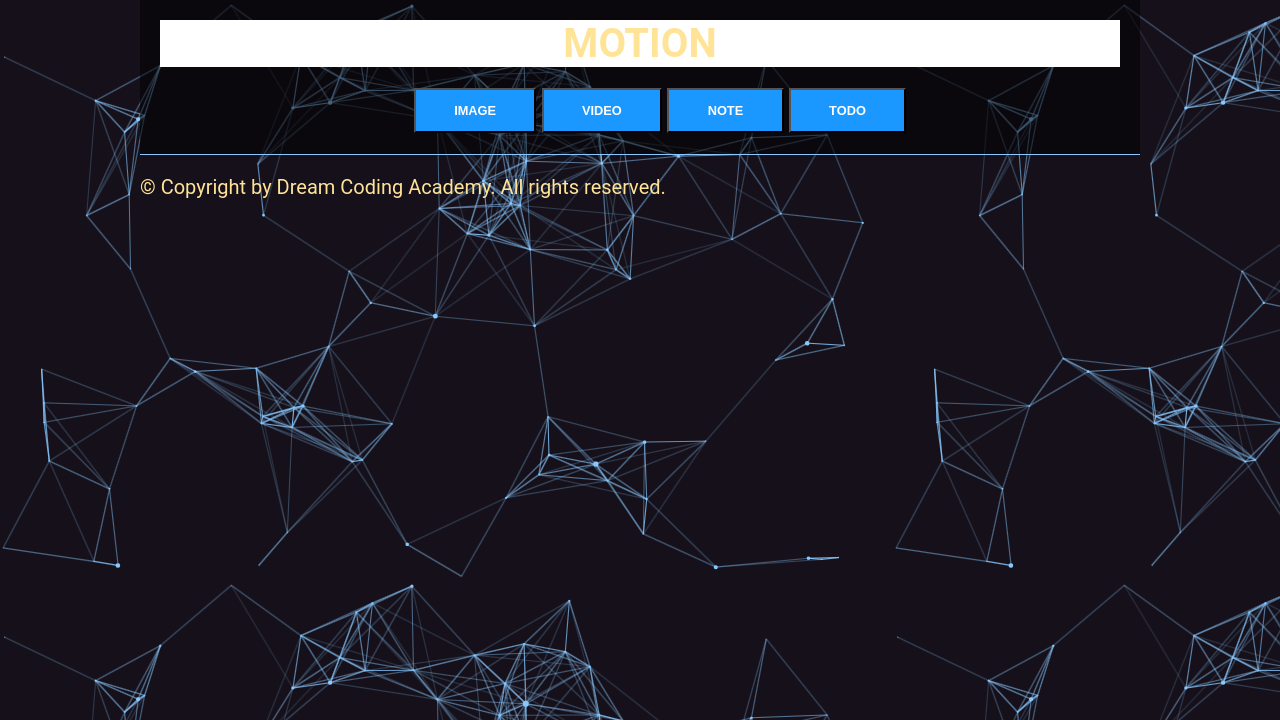
Repository: chefkuna/Motion
Page: index.html
The author's editor kept a copy of each file at every save. The page is drawn from the files as they stood at one save, then again after the next save.
The browser window is 1280 px wide. The pictures show the whole page.

Above is the page before, as saved 2022-08-21 14:46:08.

After the next save:
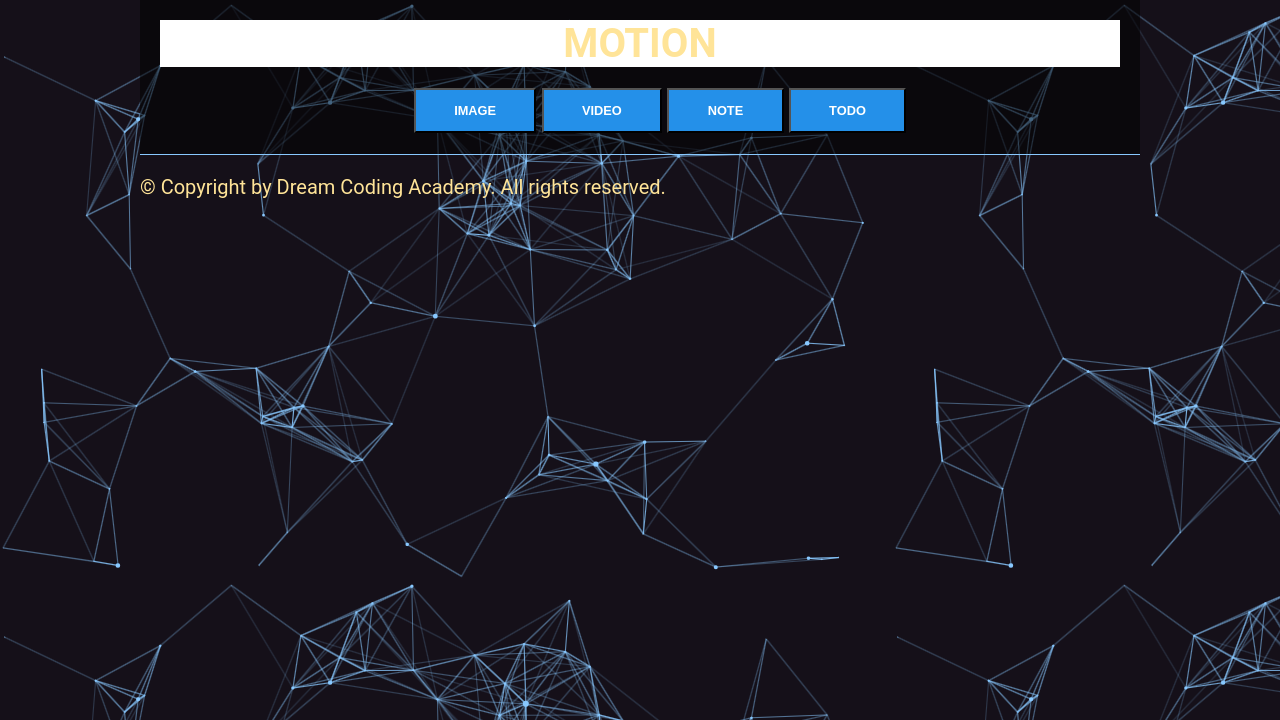
Saved 12 s later.
--- a/style/style.css
+++ b/style/style.css
@@ -1,7 +1,7 @@
 :root {
   --bg-main-color: #00000080;
   --bg-accent-color: #89c9ff;
-  --accent-color: #1b98ff;
+  --accent-color: #2490e9;
   --text-accent-color: #ffe498;
   --text-edit-bg-color: #575757;
   --border-color: #3f3f3f;
